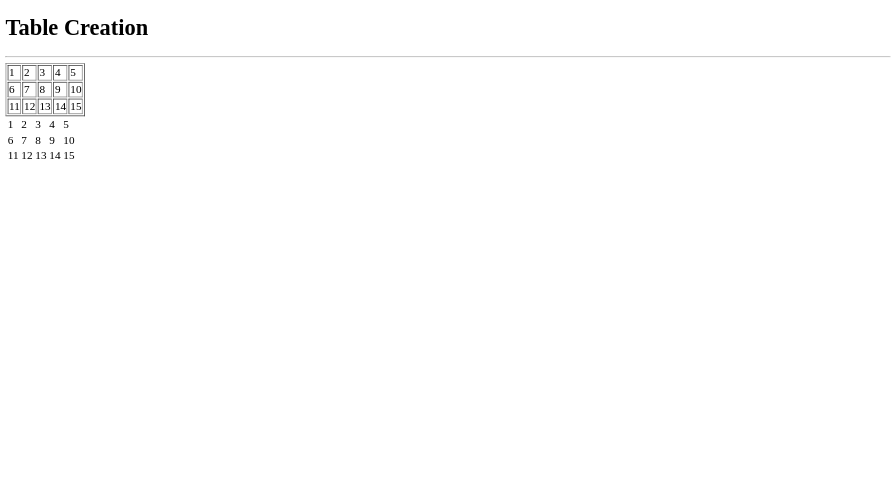
Repository: minjuleee/Server_study
Page: http://localhost/web/04_script_test.jsp
These files come from the project's save history. The page is drawn as it stood at one moment and after the next save; the edit follows.
The browser window is 1280 px wide. The pictures show the part of the page from y = 0 to 1920 px (the page is 720 px tall before and 415666 px after), at 70% of full size.
The page is served by Tomcat 10.

Above is the page before, as saved 2025-11-18 13:29:37.

After the next save:
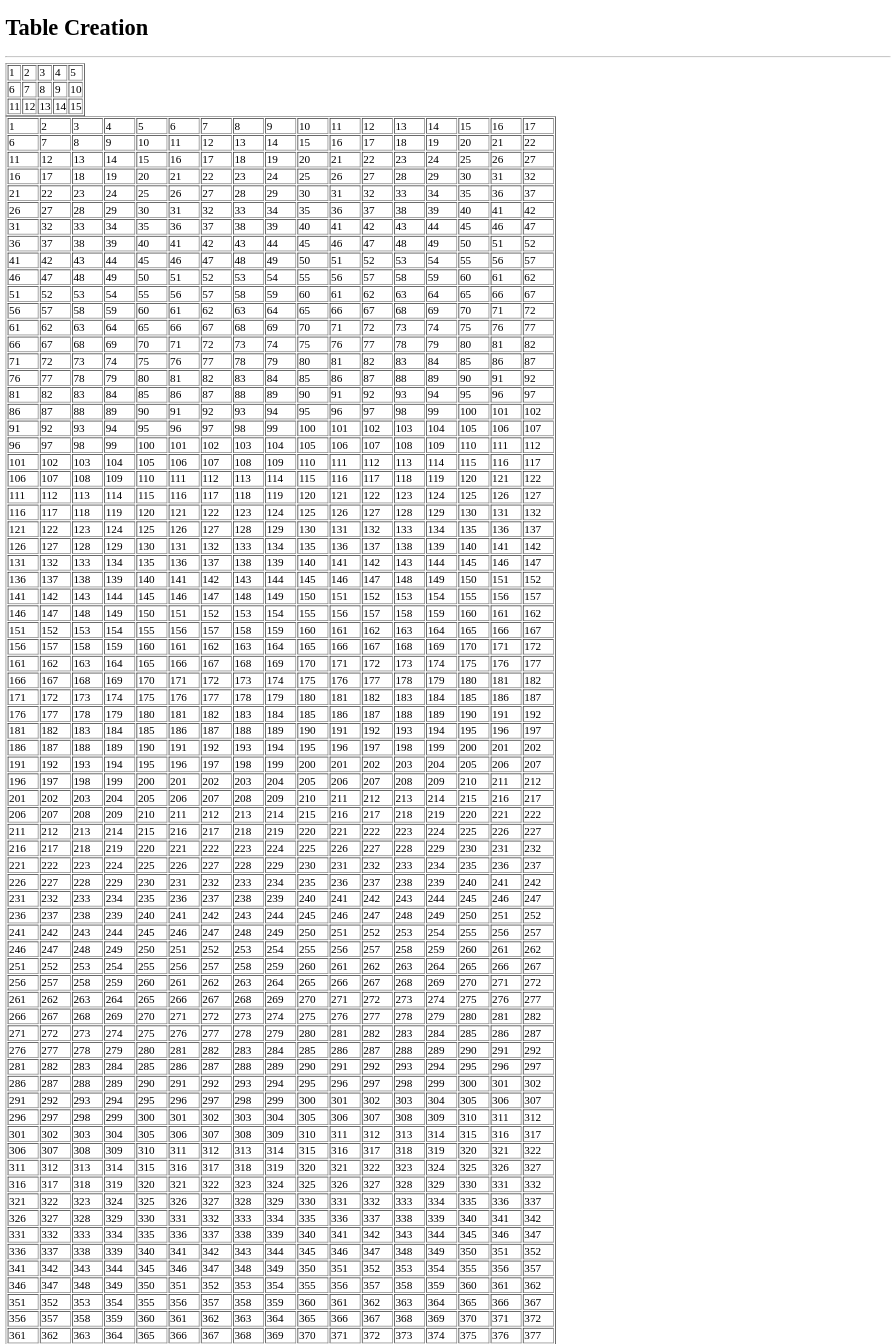
Saved 112 s later.
--- a/dev/web/src/main/webapp/04_script_test.jsp
+++ b/dev/web/src/main/webapp/04_script_test.jsp
@@ -17,14 +17,18 @@
 	</table>
 
 	<!-- Using JSP -->
-	<table boder="1">
-<% 	for(int i=0; i<3; i++){ 		%>
+	<table border="1">
+<%
+	int ROWS = 17312;
+	int COLUMNS = 17;
+%>
+<% 	for(int i=0; i<ROWS; i++){ 			%>
 		<tr>
-<% 		for(int j=0; j<5;j++){ 			%>
+<% 		for(int j=0; j<COLUMNS;j++){ 			%>
 			<td><%=i*5 + j + 1 %></td>
 <% 		} 								%>
 		</tr>
-<%	}								%>
+<%	}									%>
 	</table>
 </body>
 </html>
